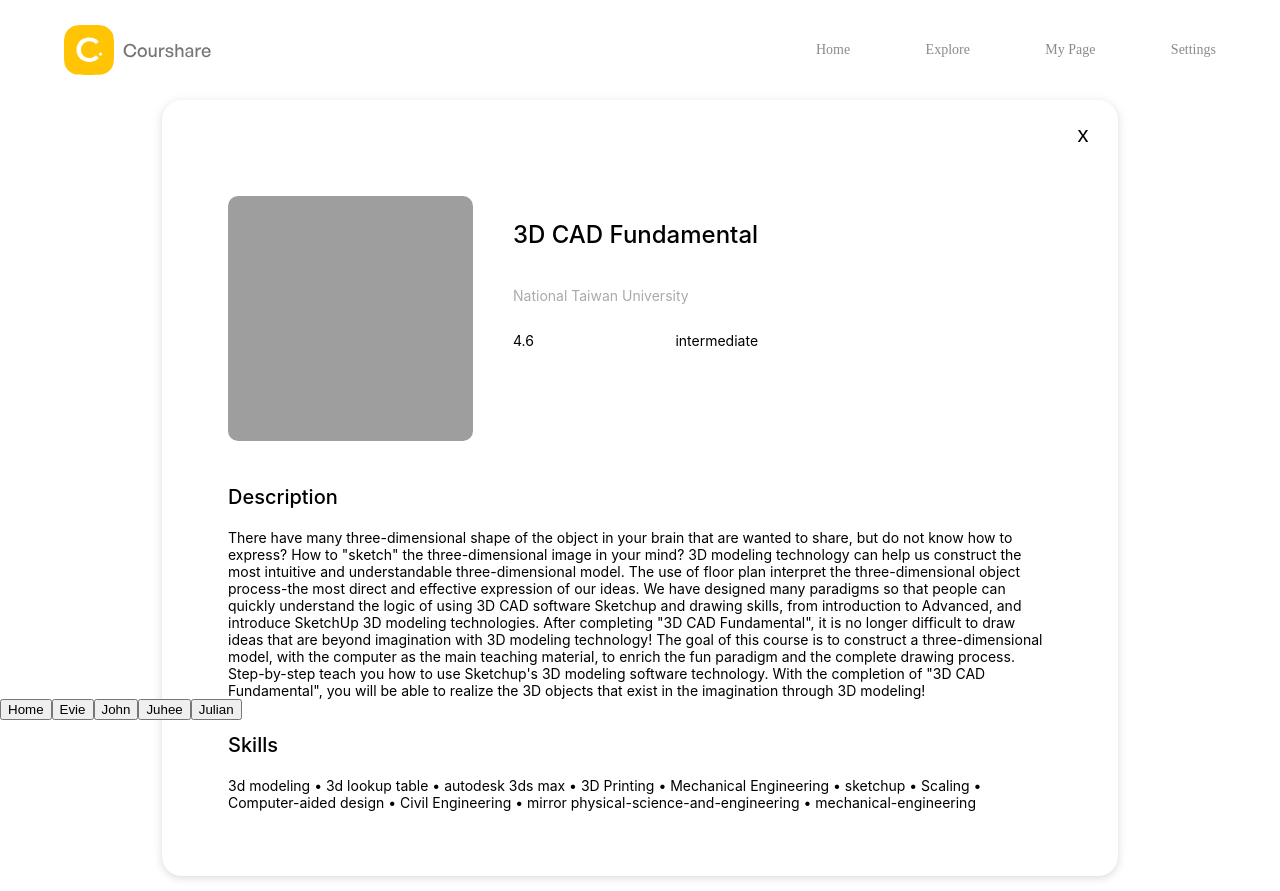
Repository: julianm09/courshare-app
Page: /comps/juhee
An editor plug-in stored every save of this project. The page is shown before and after the next save, followed by the edit.
The browser window is 1280 px wide. The pictures show the whole page.
Pictures or frames that could not be fetched are drawn as grey boxes. The project was rebuilt for these pictures with package versions that can differ from the ones it lists, and the page was loaded fresh each time. The framework's server and built-in components were replaced by stand-ins that run in the browser. Also part of the build but not shown: next.config.js.

Above is the page before, as saved 2022-02-07 14:32:24.

### pages/_app.js
import "../styles/globals.css";
import styled from "styled-components";
import { useRouter } from "next/router";
import Navbar from "@/components/Navbar";

function MyApp({ Component, pageProps }) {
  const r = useRouter();
  return (
    <>
    <Navbar/>
      <Component {...pageProps} />

      <BotNav>
        <button onClick={() => r.push("/")}>Home</button>
        <button onClick={() => r.push("/comps/evie")}>Evie</button>
        <button onClick={() => r.push("/comps/john")}>John</button>
        <button onClick={() => r.push("/comps/juhee")}>Juhee</button>
        <button onClick={() => r.push("/comps/julian")}>Julian</button>
      </BotNav>
    </>
  );
}

const BotNav = styled.div`
  position: fixed;
  bottom: 0px;
`;

export default MyApp;

### pages/comps/juhee.js
import styled from "styled-components";
import CourseDetailCard from "@/components/CourseDetailCard";

export default function Juhee() {
  return (
    <Cont>
      {/* make components here */}
      <CourseDetailCard></CourseDetailCard>
    </Cont>
  );
}

const Cont = styled.div`
  display: flex;
  align-items: center;
  flex-direction: column;
  width: 100%;
`;

### styles/globals.css
@import url("general-sans.css");

html,
body {
  padding: 0;
  margin: 0;
  font-family: -apple-system, BlinkMacSystemFont, Segoe UI, Roboto, Oxygen,
    Ubuntu, Cantarell, Fira Sans, Droid Sans, Helvetica Neue, sans-serif;
}

a {
  color: inherit;
  text-decoration: none;
}

* {
  box-sizing: border-box;
}

### components/Navbar.js
import styled from "styled-components";
import { useState } from "react";
import { useRouter } from "next/router";

export default function Navbar({}) {
  const r = useRouter();

  const [menu, setMenu] = useState(false);

  const handleLink = (t) => {
    setMenu(false);
    r.push(t);
  };

  return (
    <NavbarUI>
      <Logo
        src="/logo.svg"
        selected={r.pathname == "/"}
        onClick={() => handleLink("/")}
      ></Logo>
      <Navigation>
        <LinkUI selected={r.pathname == "/"} onClick={() => handleLink("/")}>
          Home
        </LinkUI>
        <LinkUI
          selected={r.pathname == "/explore"}
          onClick={() => handleLink("/explore")}
        >
          Explore
        </LinkUI>
        <LinkUI
          selected={r.pathname == "/mypage"}
          onClick={() => handleLink("/mypage")}
        >
          My Page
        </LinkUI>
        <LinkUI
          selected={r.pathname == "/settings"}
          onClick={() => handleLink("/settings")}
        >
          Settings
        </LinkUI>
      </Navigation>
      <MenuIcon
        src={menu ? "/icons/close.svg" : "/icons/menu.svg"}
        onClick={() => setMenu(!menu)}
      />
      {menu ? (
        <MobileMenu>
          <LinkUI selected={r.pathname == "/"} onClick={() => handleLink("/")}>
            Home
          </LinkUI>
          <LinkUI
            selected={r.pathname == "/explore"}
            onClick={() => handleLink("/explore")}
          >
            Explore
          </LinkUI>
          <LinkUI
            selected={r.pathname == "/mypage"}
            onClick={() => handleLink("/mypage")}
          >
            My Page
          </LinkUI>
          <LinkUI
            selected={r.pathname == "/settings"}
            onClick={() => handleLink("/settings")}
          >
            Settings
          </LinkUI>
        </MobileMenu>
      ) : (
        <></>
      )}
    </NavbarUI>
  );
}

const NavbarUI = styled.div`
  width: 100%;
  padding: 0 5%;
  height: 100px;
  display: flex;
  align-items: center;
  justify-content: space-between;

  -webkit-touch-callout: none; /* iOS Safari */
  -webkit-user-select: none; /* Safari */
  -khtml-user-select: none; /* Konqueror HTML */
  -moz-user-select: none; /* Old versions of Firefox */
  -ms-user-select: none; /* Internet Explorer/Edge */
  user-select: none; /* Non-prefixed version, currently supported by Chrome, Edge, Opera and Firefox */
`;

const Logo = styled.img`
  cursor: pointer;
`;

const Navigation = styled.div`
  display: flex;
  justify-content: space-between;
  width: 400px;
  @media (max-width: 1000px) {
    display: none;
  }
`;

const LinkUI = styled.div`
  cursor: pointer;
  font-family: General Sans;
  font-style: normal;
  font-size: 14px;
  line-height: 24px;
  color: #8b8b8b;
  color: ${(props) => (props.selected ? "#595959" : "#8B8B8B")};
  font-weight: ${(props) => (props.selected ? "500" : "400")};
`;

const MenuIcon = styled.img`
  cursor: pointer;
  display: none;
  @media (max-width: 1000px) {
    display: flex;
  }
`;

const MobileMenu = styled.div`
  cursor: pointer;
  display: flex;
  position: absolute;
  height: 200px;
  flex-direction: column;
  justify-content: space-between;
  align-items: flex-end;
  top: 100px;
  width: 90%;
  @media (min-width: 1000px) {
    display: none;
  }
`;

### components/CourseDetailCard.js
import styled from "styled-components";
import { useState } from "react";
import Heart from "../public/icons/heart.svg";
import RegisterButton from "../components/RegisterButton";
const BigCont = styled.div`
  display: flex;
  flex-direction: column;
  width: 956px;
  height: 776px;
  background-color: #ffffff;
  box-shadow: 0px 2px 8px 0px rgba(185, 185, 185, 0.52);
  border-radius: 20px;
`;
const ButtonCont = styled.div`
  display: flex;
  justify-content: flex-end;
  margin-right: 20px;
  margin-top: 20px;
`;
const XButton = styled.button`
  border: none;
  background-color: #fff;
  border-radius: 20px;
  width: 30px;
  height: 30px;
  color: #000;
  font-size: 22px;
`;
const ContentCont = styled.div`
  display: flex;
  flex-direction: column;
  justify-content: space-between;
  padding: 46px 66px 66px 66px;
`;
const FristCont = styled.div`
  display: flex;
  flex-direction: row;
`;
const LeftCont = styled.div``;

const Img = styled.img`
  width: 245px;
  height: 245px;
  border-radius: 10px;
`;
const Heading1 = styled.p`
  font-size: 24px;
  font-weight: 500;
`;

const GreyText = styled.p`
  color: #aaaaaa;
  font-size: 14px;
`;
const RightCont = styled.div`
  margin-left: 40px;
`;
const RightSmallCont = styled.div`
  display: flex;
  flex-direction: row;
  justify-content: space-between;
`;
const SecondCont = styled.div`
  margin-top: 20px;
`;
const Heading2 = styled.p`
  font-size: 20px;
  font-weight: 500;
`;
const Desc = styled.p`
  font-size: 14px;
`;
const ThirdCont = styled.div``;

export default function CourseDetailCard({
  name = "3D  CAD Fundamental",
  school = "National Taiwan University",
  rating = 4.6,
  difficulty = "intermediate",
  description = "",
  skills = "",
}) {
  return (
    <BigCont>
      <ButtonCont>
        <XButton>x</XButton>
      </ButtonCont>
      <ContentCont>
        <FristCont>
          <LeftCont>
            <Img src="https://images.unsplash.com/photo-1600869009498-8d429f88d4f5?ixlib=rb-1.2.1&ixid=MnwxMjA3fDB8MHxwaG90by1wYWdlfHx8fGVufDB8fHx8&auto=format&fit=crop&w=2340&q=80" />
          </LeftCont>
          <RightCont>
            <RightSmallCont>
              <Heading1>{name}</Heading1>
            </RightSmallCont>
            <RightSmallCont>
              <GreyText>{school}</GreyText>
            </RightSmallCont>
            <RightSmallCont>
              <Desc>{rating}</Desc>
              <Desc>{difficulty}</Desc>
            </RightSmallCont>
          </RightCont>
        </FristCont>
        <SecondCont>
          <Heading2>Description</Heading2>
          <Desc>
            There have many three-dimensional shape of the object in your brain
            that are wanted to share, but do not know how to express? How to
            "sketch" the three-dimensional image in your mind? 3D modeling
            technology can help us construct the most intuitive and
            understandable three-dimensional model. The use of floor plan
            interpret the three-dimensional object process-the most direct and
            effective expression of our ideas. We have designed many paradigms
            so that people can quickly understand the logic of using 3D CAD
            software Sketchup and drawing skills, from introduction to Advanced,
            and introduce SketchUp 3D modeling technologies. After completing
            "3D CAD Fundamental", it is no longer difficult to draw ideas that
            are beyond imagination with 3D modeling technology! The goal of this
            course is to construct a three-dimensional model, with the computer
            as the main teaching material, to enrich the fun paradigm and the
            complete drawing process. Step-by-step teach you how to use
            Sketchup's 3D modeling software technology. With the completion of
            "3D CAD Fundamental", you will be able to realize the 3D objects
            that exist in the imagination through 3D modeling!
          </Desc>
        </SecondCont>
        <ThirdCont>
          <Heading2>Skills</Heading2>
          <Desc>
            3d modeling • 3d lookup table • autodesk 3ds max • 3D Printing •
            Mechanical Engineering • sketchup • Scaling • Computer-aided design
            • Civil Engineering • mirror physical-science-and-engineering •
            mechanical-engineering
          </Desc>
        </ThirdCont>
      </ContentCont>
    </BigCont>
  );
}

### styles/general-sans.css
/**
 * @license
 *
 * Font Family: General Sans
 * Designed by: Frode Helland
 * URL: https://www.fontshare.com/fonts/general-sans
 * © 2021 Indian Type Foundry
 *
 * Font Styles:
 * General Sans Variable(Variable font)
 * General Sans Variable Italic(Variable font)
 * General Sans Extralight
 * General Sans Extralight Italic
 * General Sans Light
 * General Sans Light Italic
 * General Sans Regular
 * General Sans Italic
 * General Sans Medium
 * General Sans Medium Italic
 * General Sans Semibold
 * General Sans Semibold Italic
 * General Sans Bold
 * General Sans Bold Italic
 *
*/


/**
* This is a variable font
* You can controll variable axes as shown below:
* font-variation-settings: 'wght' 700.0;
*
* available axes:

* 'wght' (range from 200.0 to 700.0)

*/

@font-face {
  font-family: 'GeneralSans-Variable';
  src: url('../fonts/GeneralSans-Variable.woff2') format('woff2'),
       url('../fonts/GeneralSans-Variable.woff') format('woff'),
       url('../fonts/GeneralSans-Variable.ttf') format('truetype');
       font-weight: 200 700;
       font-display: swap;
       font-style: normal;
}


/**
* This is a variable font
* You can controll variable axes as shown below:
* font-variation-settings: 'wght' 700.0;
*
* available axes:

* 'wght' (range from 200.0 to 700.0)

*/

@font-face {
  font-family: 'GeneralSans-VariableItalic';
  src: url('../fonts/GeneralSans-VariableItalic.woff2') format('woff2'),
       url('../fonts/GeneralSans-VariableItalic.woff') format('woff'),
       url('../fonts/GeneralSans-VariableItalic.ttf') format('truetype');
       font-weight: 200 700;
       font-display: swap;
       font-style: italic;
}


@font-face {
  font-family: 'GeneralSans-Extralight';
  src: url('../fonts/GeneralSans-Extralight.woff2') format('woff2'),
       url('../fonts/GeneralSans-Extralight.woff') format('woff'),
       url('../fonts/GeneralSans-Extralight.ttf') format('truetype');
       font-weight: 200;
       font-display: swap;
       font-style: normal;
}


@font-face {
  font-family: 'GeneralSans-ExtralightItalic';
  src: url('../fonts/GeneralSans-ExtralightItalic.woff2') format('woff2'),
       url('../fonts/GeneralSans-ExtralightItalic.woff') format('woff'),
       url('../fonts/GeneralSans-ExtralightItalic.ttf') format('truetype');
       font-weight: 200;
       font-display: swap;
       font-style: italic;
}


@font-face {
  font-family: 'GeneralSans-Light';
  src: url('../fonts/GeneralSans-Light.woff2') format('woff2'),
       url('../fonts/GeneralSans-Light.woff') format('woff'),
       url('../fonts/GeneralSans-Light.ttf') format('truetype');
       font-weight: 300;
       font-display: swap;
       font-style: normal;
}


@font-face {
  font-family: 'GeneralSans-LightItalic';
  src: url('../fonts/GeneralSans-LightItalic.woff2') format('woff2'),
       url('../fonts/GeneralSans-LightItalic.woff') format('woff'),
       url('../fonts/GeneralSans-LightItalic.ttf') format('truetype');
       font-weight: 300;
       font-display: swap;
       font-style: italic;
}


@font-face {
  font-family: 'GeneralSans-Regular';
  src: url('../fonts/GeneralSans-Regular.woff2') format('woff2'),
       url('../fonts/GeneralSans-Regular.woff') format('woff'),
       url('../fonts/GeneralSans-Regular.ttf') format('truetype');
       font-weight: 400;
       font-display: swap;
       font-style: normal;
}


@font-face {
  font-family: 'GeneralSans-Italic';
  src: url('../fonts/GeneralSans-Italic.woff2') format('woff2'),
       url('../fonts/GeneralSans-Italic.woff') format('woff'),
       url('../fonts/GeneralSans-Italic.ttf') format('truetype');
       font-weight: 400;
       font-display: swap;
       font-style: italic;
}


@font-face {
  font-family: 'GeneralSans-Medium';
  src: url('../fonts/GeneralSans-Medium.woff2') format('woff2'),
       url('../fonts/GeneralSans-Medium.woff') format('woff'),
       url('../fonts/GeneralSans-Medium.ttf') format('truetype');
       font-weight: 500;
       font-display: swap;
       font-style: normal;
}


@font-face {
  font-family: 'GeneralSans-MediumItalic';
  src: url('../fonts/GeneralSans-MediumItalic.woff2') format('woff2'),
       url('../fonts/GeneralSans-MediumItalic.woff') format('woff'),
       url('../fonts/GeneralSans-MediumItalic.ttf') format('truetype');
       font-weight: 500;
       font-display: swap;
       font-style: italic;
}


@font-face {
  font-family: 'GeneralSans-Semibold';
  src: url('../fonts/GeneralSans-Semibold.woff2') format('woff2'),
       url('../fonts/GeneralSans-Semibold.woff') format('woff'),
       url('../fonts/GeneralSans-Semibold.ttf') format('truetype');
       font-weight: 600;
       font-display: swap;
       font-style: normal;
}


@font-face {
  font-family: 'GeneralSans-SemiboldItalic';
  src: url('../fonts/GeneralSans-SemiboldItalic.woff2') format('woff2'),
       url('../fonts/GeneralSans-SemiboldItalic.woff') format('woff'),
       url('../fonts/GeneralSans-SemiboldItalic.ttf') format('truetype');
       font-weight: 600;
       font-display: swap;
       font-style: italic;
}


@font-face {
  font-family: 'GeneralSans-Bold';
  src: url('../fonts/GeneralSans-Bold.woff2') format('woff2'),
       url('../fonts/GeneralSans-Bold.woff') format('woff'),
       url('../fonts/GeneralSans-Bold.ttf') format('truetype');
       font-weight: 700;
       font-display: swap;
       font-style: normal;
}


@font-face {
  font-family: 'GeneralSans-BoldItalic';
  src: url('../fonts/GeneralSans-BoldItalic.woff2') format('woff2'),
       url('../fonts/GeneralSans-BoldItalic.woff') format('woff'),
       url('../fonts/GeneralSans-BoldItalic.ttf') format('truetype');
       font-weight: 700;
       font-display: swap;
       font-style: italic;
}

### components/RegisterButton.js
import styled from "styled-components";

const RegisterBtn = styled.div`
  width: 166px;
  height: 57px;
  background-color: ${(props) => props.background};
  color: #000000;
  filter: drop-shadow(0px 4px 4px rgba(0, 0, 0, 0.25));
  border-radius: 10px;
  border: none;
  display: flex;
  flex-direction: column;
  justify-content: center；;
`;
const Header = styled.div`
  font-family: General Sans;
  font-style: normal;
  font-weight: 500;
  font-size: 18px;
  color: #000000;
  margin-left: auto;
  margin-right: auto;
  margin-top: 10px;
`;

const Text = styled.div`
font-family: General Sans;
font-style: normal;
font-weight: normal;
font-size: 12px;
color: #000000;
margin-left: auto;
margin-right: auto;
margin-top: 5px;
}
`;

const RegisterButton = ({
  text = "Register",
  data = "Starts Feb 2nd",
  background = "#FFC403",
}) => {
  return (
    <RegisterBtn background={background}>
      <Header>{text}</Header>
      <Text>{data}</Text>
    </RegisterBtn>
  );
};

export default RegisterButton;

Loaded but not shown: pages/_document.js (common file)

After the next save:
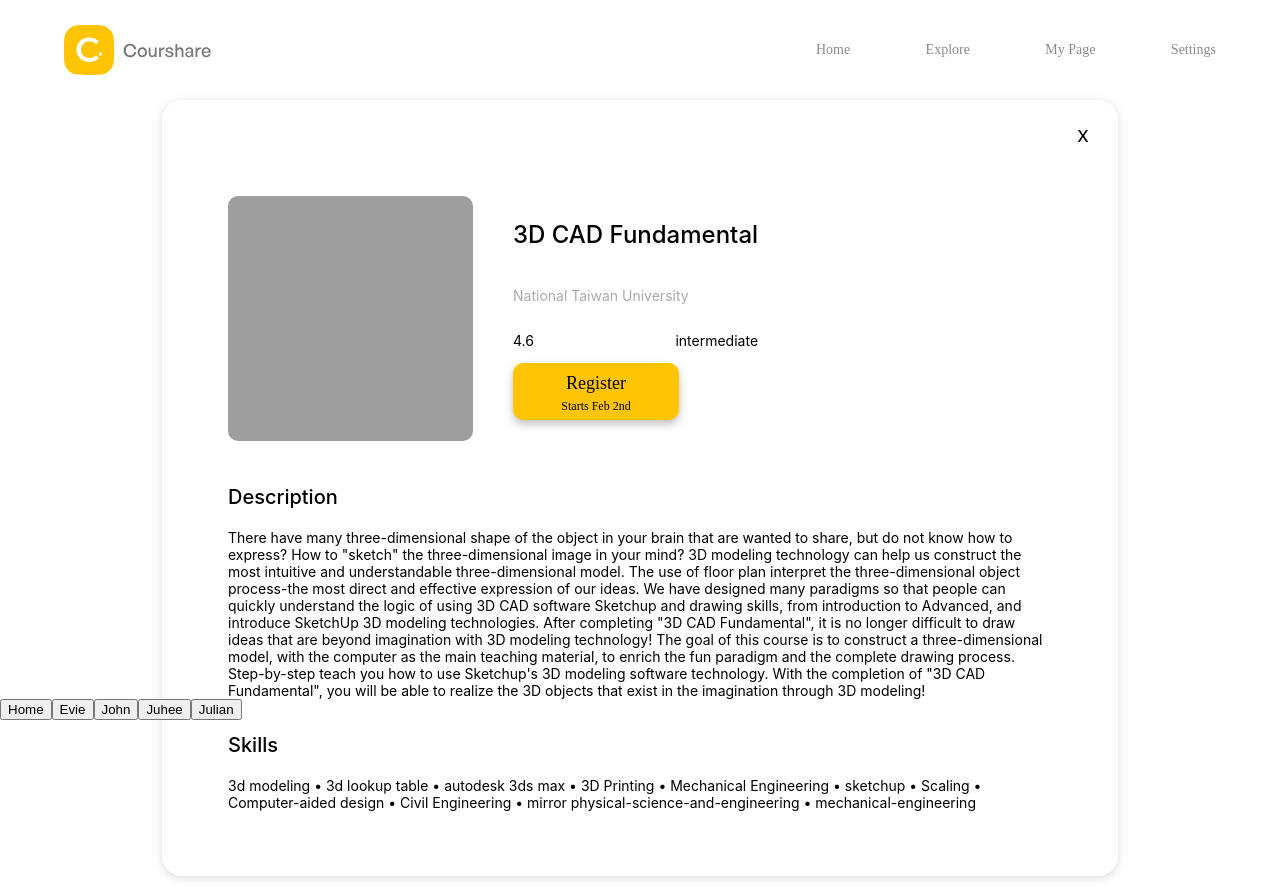
Saved 27 s later.
--- a/components/CourseDetailCard.js
+++ b/components/CourseDetailCard.js
@@ -101,6 +101,9 @@ export default function CourseDetailCard({
               <Desc>{rating}</Desc>
               <Desc>{difficulty}</Desc>
             </RightSmallCont>
+            <RightSmallCont>
+              <RegisterButton />
+            </RightSmallCont>
           </RightCont>
         </FristCont>
         <SecondCont>
